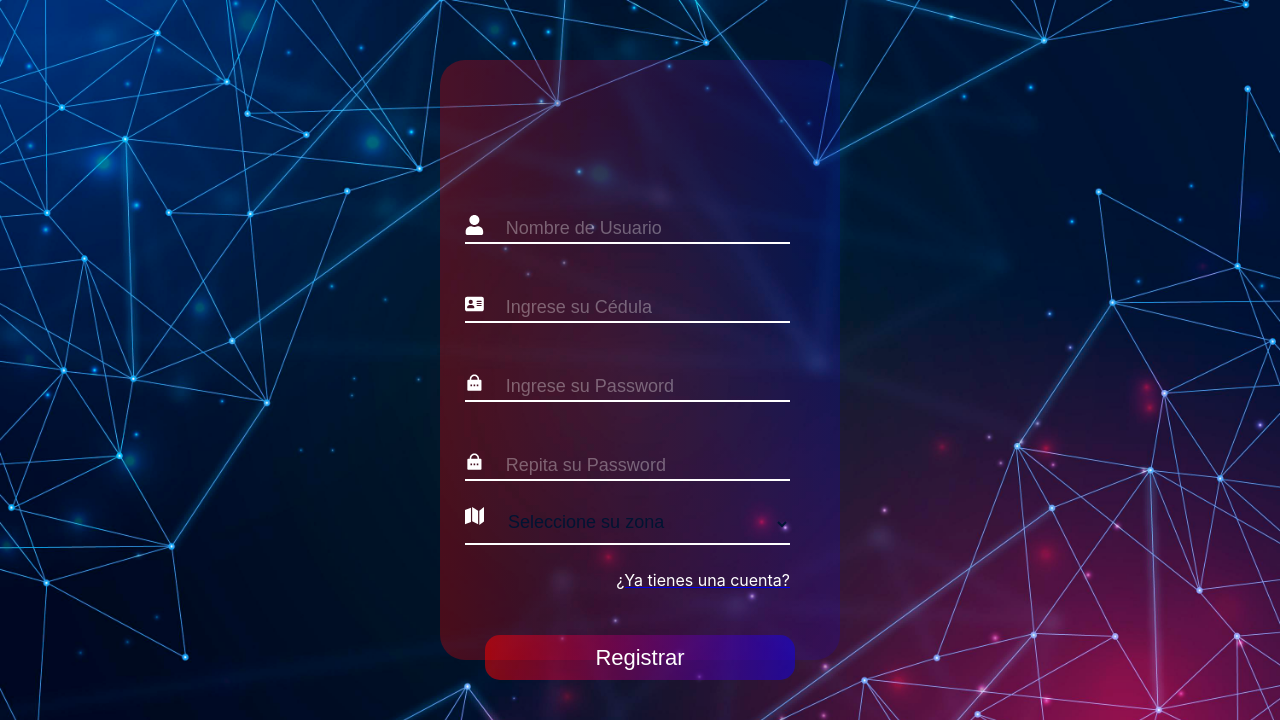
Repository: Davic1o/municipio
Page: /Registro
The author's editor kept a copy of each file at every save. The page is drawn from the files as they stood at one save, then again after the next save.
The browser window is 1280 px wide. The pictures show the whole page.
The project was rebuilt for these pictures with package versions that can differ from the ones it lists, and the page was loaded fresh each time. Also part of the build but not shown: src/pages/Login/Login.jsx, src/pages/Administrador/Admin.jsx, src/pages/Coord/Coord.jsx, src/pages/User/User.jsx, src/pages/ConfirmacionRegistro/ConfirmacionRegistro.jsx.

Above is the page before, as saved 2024-02-06 20:29:29.

After the next save:
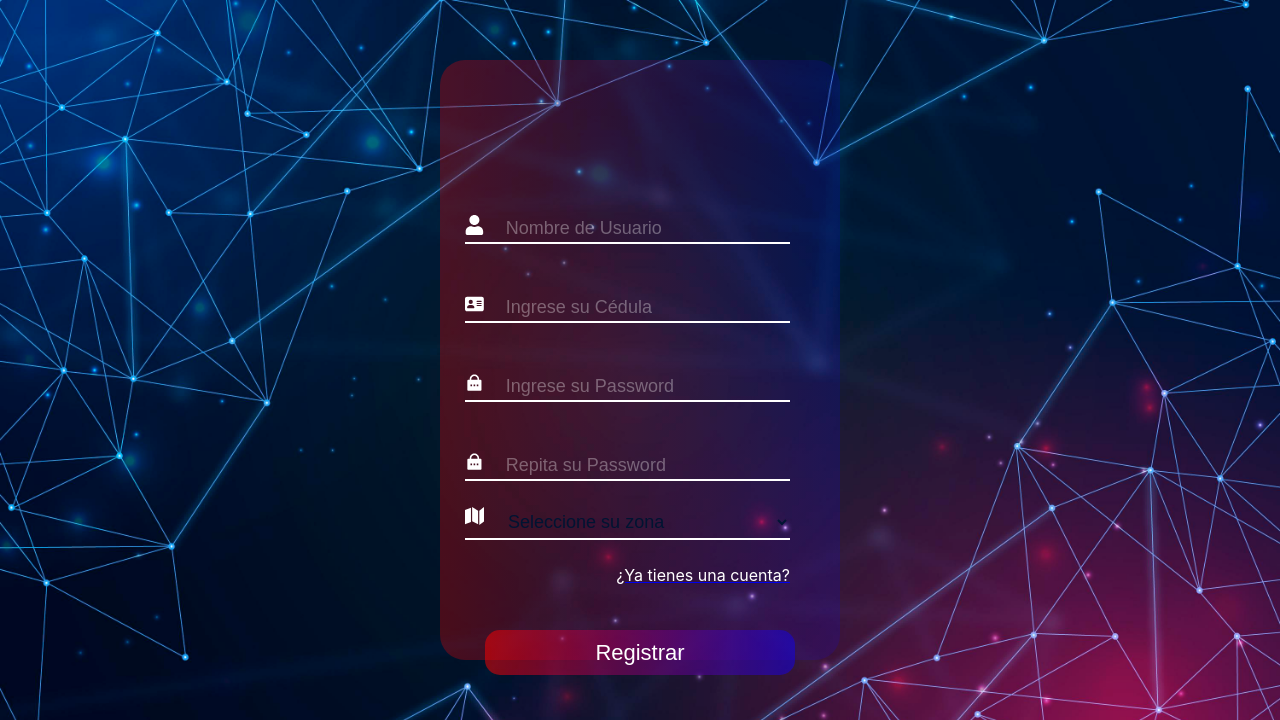
Saved 5 s later.
--- a/src/pages/Register/register.css
+++ b/src/pages/Register/register.css
@@ -27,7 +27,7 @@
     color: rgb(0, 20, 50);
     border: none;
     padding-top: 5px;
-    padding-bottom: 10px;
+    padding-bottom: 5px;
 
   }
 
